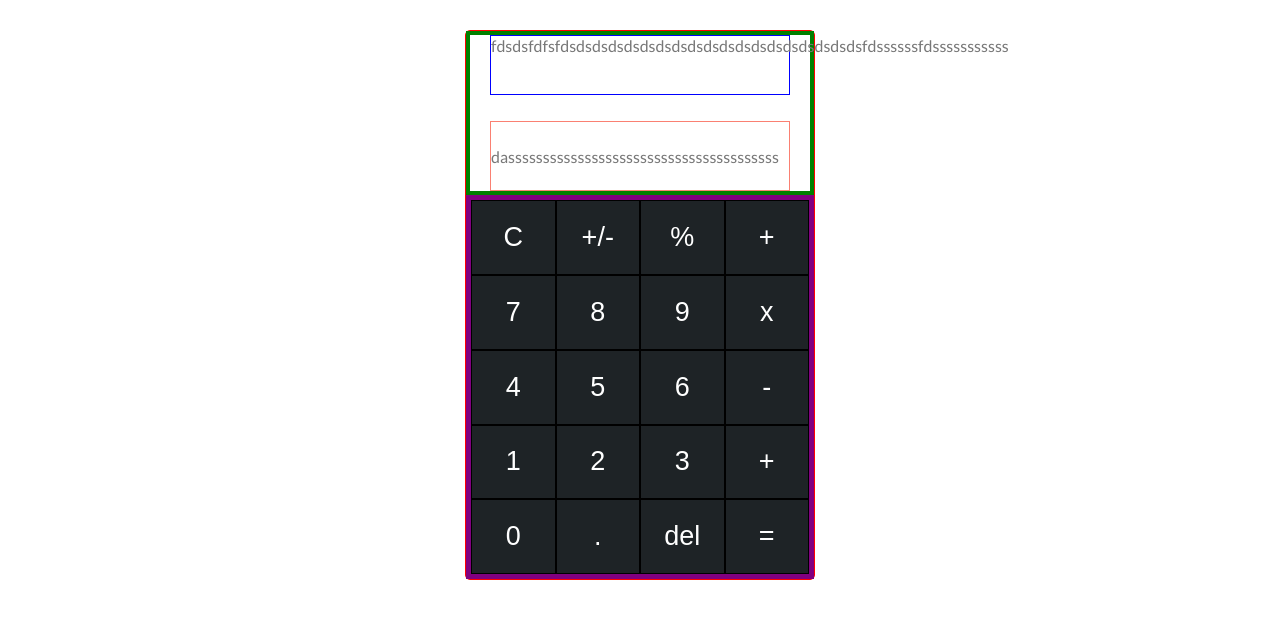
Repository: OfirLana/Calculator
Page: index.html
The author's editor kept a copy of each file at every save. The page is drawn from the files as they stood at one save, then again after the next save.
The browser window is 1280 px wide. The pictures show the whole page.

Above is the page before, as saved 2019-03-12 19:50:39.

After the next save:
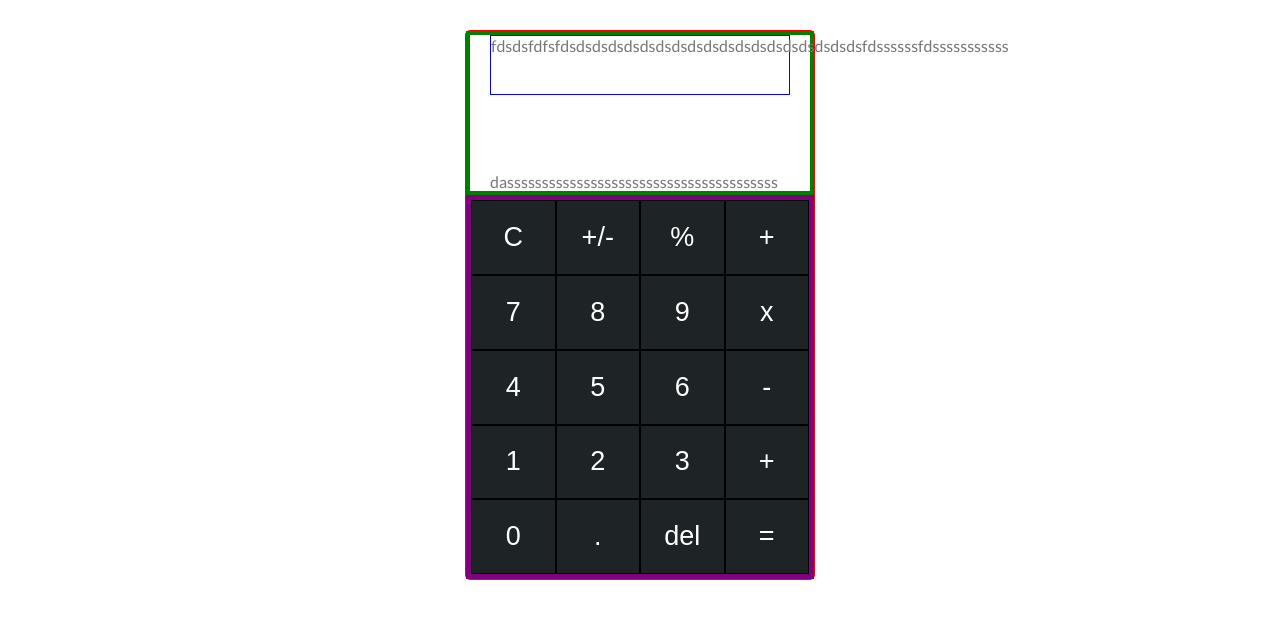
Saved 4 s later.
--- a/style.css
+++ b/style.css
@@ -43,7 +43,7 @@ body {
 
 }
 
-.main_output_text{
+
     border:1px solid tomato;
     width:100%;
 
